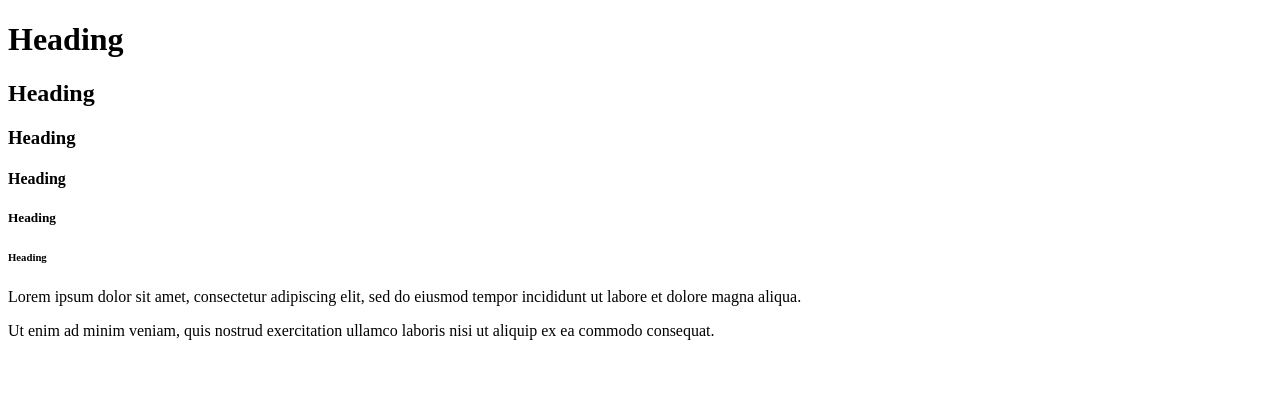
Repository: nashthecoder/code4days
Page: html_boilerplate/index.html
An editor plug-in stored every save of this project. The page is shown before and after a run of saves, followed by the edit.
The browser window is 1280 px wide. The pictures show the whole page.

Above is the page before, as saved 2023-03-16 14:39:35.

### html_boilerplate/index.html
<!DOCTYPE html>
<html lang="en">

<head>
    <meta charset="utf-8">
    <title>This is my First Webpage</title>
</head>

<body>


    <h1>Heading</h1>
    <h2>Heading</h2>
    <h3>Heading</h3>
    <h4>Heading</h4>
    <h5>Heading</h5>
    <h6>Heading</h6>
    <p>Lorem ipsum dolor sit amet, consectetur adipiscing elit, sed do eiusmod tempor incididunt ut labore et dolore
        magna
        aliqua.
    </p>
    <p>Ut enim ad minim veniam, quis nostrud exercitation ullamco laboris nisi ut aliquip ex ea commodo consequat.
    </p>
</body>

</html>

After the next 8 saves:
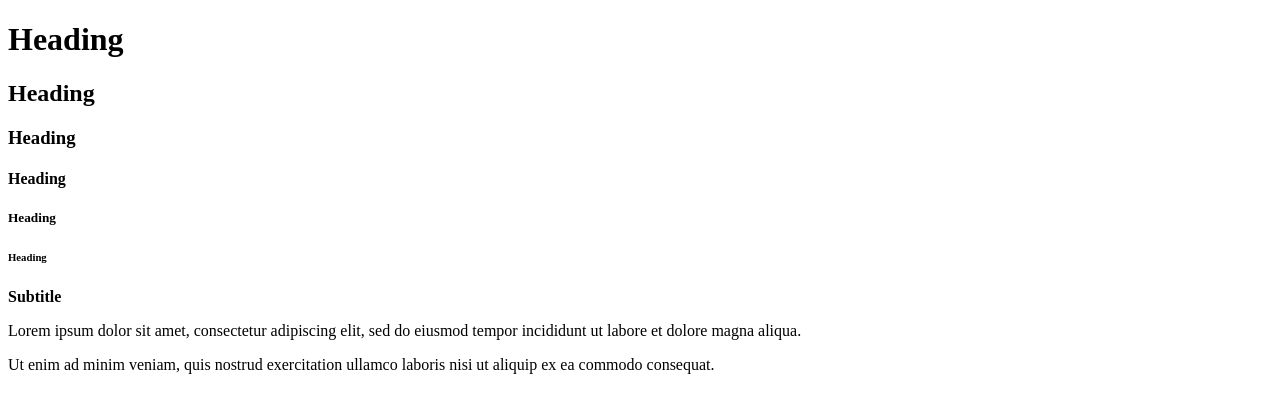
The 8 saves are shown as one change because they came seconds apart.
The last was saved 2 min 50 s later.
--- a/html_boilerplate/index.html
+++ b/html_boilerplate/index.html
@@ -15,6 +15,7 @@
     <h4>Heading</h4>
     <h5>Heading</h5>
     <h6>Heading</h6>
+    <strong>Subtitle</strong>
     <p>Lorem ipsum dolor sit amet, consectetur adipiscing elit, sed do eiusmod tempor incididunt ut labore et dolore
         magna
         aliqua.
